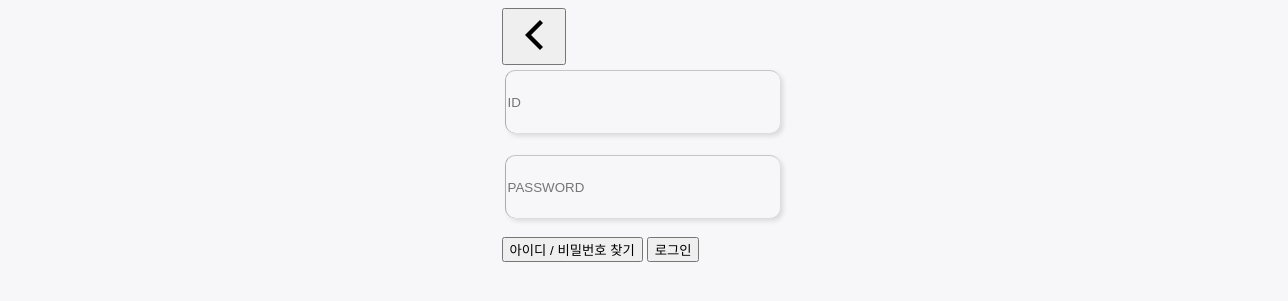
Repository: PEPI-dev/UI
Page: login/login.html
An editor plug-in stored every save of this project. The page is shown before and after the next save, followed by the edit.
The browser window is 1280 px wide. The page is 1288 px wide, so the pictures cover 1288 px, including what lies to the right of the window. The pictures show the whole page.

Above is the page before, as saved 2023-12-04 15:15:58.

After the next save:
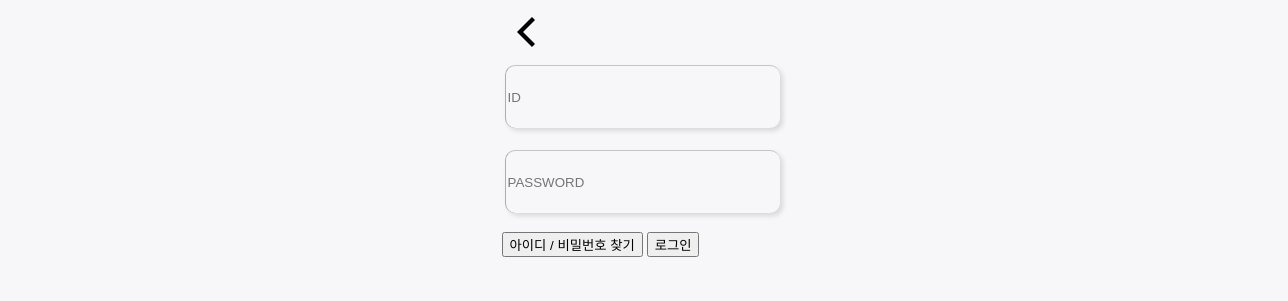
Saved 31 s later.
--- a/login/login.html
+++ b/login/login.html
@@ -10,7 +10,7 @@
 
     </div>
     <form action="#">
-        <button id="back"><img src="../a_icon/back.png"></img></button>
+        <div id="back"><img src="../a_icon/back.png"></img></button>
         <p class="input_form"><input class="field" id="ID" placeholder="ID"></input></p>
         <p class="input_form"><input class="field" id="password" type="password" placeholder="PASSWORD"></input></p>
         <button class="text_btn">아이디 / 비밀번호 찾기</button>

After the save that followed:
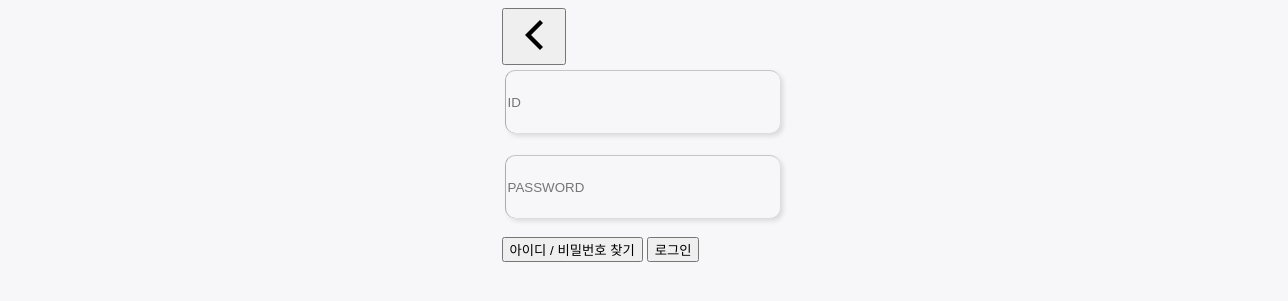
Saved 15 s later.
--- a/login/login.html
+++ b/login/login.html
@@ -10,7 +10,7 @@
 
     </div>
     <form action="#">
-        <div id="back"><img src="../a_icon/back.png"></img></button>
+        <button id="back"><img src="../a_icon/back.png"></img></button>
         <p class="input_form"><input class="field" id="ID" placeholder="ID"></input></p>
         <p class="input_form"><input class="field" id="password" type="password" placeholder="PASSWORD"></input></p>
         <button class="text_btn">아이디 / 비밀번호 찾기</button>
